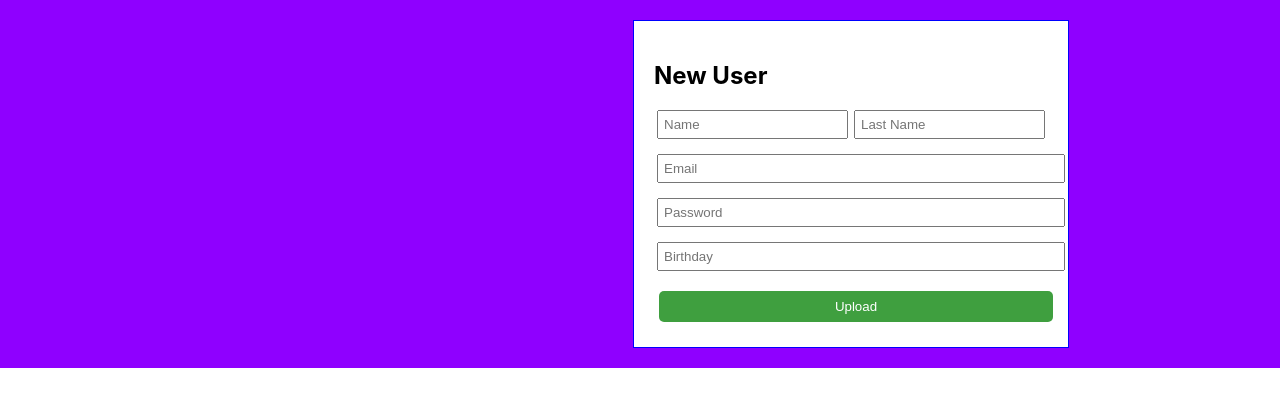
Repository: RobertAries28/CrudUsuarios
Page: /
The author's editor kept a copy of each file at every save. The page is drawn from the files as they stood at one save, then again after the next save.
The browser window is 1280 px wide. The pictures show the whole page.
The page's requests for data from a server got no answer. The project was rebuilt for these pictures with package versions that can differ from the ones it lists, and the page was loaded fresh each time. No one was signed in, and anything a server would have sent is missing.

Above is the page before, as saved 2022-05-23 19:28:34.

### src/App.js

import axios from 'axios';
import { useEffect, useState } from 'react';
import './App.css';
import UsersForm from './UsersForm';
import UsersList from './UsersList';

const App=()=> {

  const [users,setUsers]= useState([])
  useEffect(()=>{
    axios.get('https://users-crud1.herokuapp.com/users/')
    .then(res=>setUsers(res.data))

  },[]);
  console.log(users)
  return (
    <div className="App">
     <UsersList users={users}/>
     <UsersForm/>
    </div>
  );
}

export default App;

### src/App.css
.App{
  background: #8F00FF;
  height: 100%;
  padding: 20px 0;
  display: flex;
  justify-content: space-around;

}

ul{
  list-style: none;
  padding: 0;
  margin: 0 0;



}

.users{
  border-radius: 20px;


  display: flex;
  justify-content: space-around;
  align-items: center;
  border: 1px solid blue;
  background: white;
  padding: 20px 0;
}

.formUser{
  display: flex;
  flex-direction: column;


  border: 1px solid blue;
  background: white;
  height: 40%;
  padding: 20px;


}

input{
padding: 5px;
margin: 0 3px;


}

form{
  width: 100%;
}

.buttonDate{
  width: 100%;
  margin: 5px;
  padding: 8px;
  background: #3f9f3f;
  border: none;
  border-radius: 5px;
  color: white;
}

.date{
  width: 100%;
}
label{
  margin: 2px;
}


.dateUsers{
  margin: 15px 0;
}

### src/UsersForm.js
import React, { useEffect, useState } from 'react';
import './App.css';

const UsersForm = ({addUsers,updateUsers,userEdit,selectUsers}) => {

        const [name,setName]= useState("");

        const [lastName, setLatName] = useState("");
        const [email,setEmail]= useState("");


        const [birthday, setBirthday] = useState("")
        const [password, setPassword] = useState("")

      useEffect(()=>{
          console.log("Cambio productEdit")

          if(userEdit){
              setName(userEdit.name);
              setLatName(userEdit.lastName);
              setEmail(userEdit.email)
              setBirthday(userEdit.birthday)
              setPassword(userEdit.password)
          } else{
              setName("");
              setLatName("");
              setEmail("");
              setBirthday("");
              setPassword("")
          }
      },[userEdit])

        const submit=(e)=>{
            e.preventDefault();
            const user={

                name:name,
                lastName:lastName,
              email:email,
              birthday:birthday,
              password:password
            }

           if(userEdit){
               user.id= userEdit.id
             updateUsers(user);
           }else{

            addUsers(user)
        }



        }
        return (
            <div className='formUser'>
                <form onSubmit={submit}>
                  <h2>New User</h2>
                <div className='dateUsers'>

                      <input placeholder='Name' type="text"
                             id="name"
                             onChange={e=> setName(e.target.value)}
                                 value={name}
                             />


                      <input placeholder='Last Name' type="text"
                             id="lastname"
                             onChange={e=> setLatName(e.target.value)}
                                 value={lastName}
                             />
                  </div>

                  <div className='dateUsers'>

                      <input placeholder='Email' className='date' type="email"
                             id="email"
                             onChange={e=> setEmail(e.target.value)}
                                 value={email}
                             />
                  </div>

                  <div className='dateUsers'>

                      <input placeholder='Password' className='date' type="password"
                      id='password'
                      onChange={e=> setPassword(e.target.value)}
                      value={password} />
                  </div>

                  <div className='dateUsers'>

                      <input placeholder='Birthday' className='date' type="text"
                      id='birthday'
                      onChange={e=> setBirthday(e.target.value)}
                      value={birthday} />
                  </div>



                  <button className='buttonDate' >Upload</button>

                  {
                      userEdit &&
                      <button type='button'
                        onClick={()=> selectUsers(null)}
                      >Cancelar</button>
                  }
                </form>
            </div>
    );
}

export default UsersForm;

### src/UsersList.js
import React from 'react';
import './App.css';

const UsersList = ({users,removeProduct,selecProduct}) => {
    return (
        <div className='infoUsers'>
               <ul>
                {
                    users.map(user=>(
                        <li className='users' style={{marginBottom:"10px"}} key={user.id}>
                            <ul>
                                <li><b>Nombre: </b>{user.first_name}</li>
                                <li><b>Apellido: </b>{user.last_name}</li>
                                <li><b>Email: </b>{user.email}</li>
                                <li><b>Brithday: </b>{user.birthday}</li>
                            </ul>
                            <div className='button'>
                            <button onClick={()=>removeProduct(user.id)}>Eliminar</button>
                       <button onClick={()=>selecProduct(user)}>Actualizar</button>
                       </div>
                        </li>
                    ))
                }
            </ul>
        </div>
    );
}

export default UsersList;

Loaded but not shown: public/index.html (common file); src/index.js (common file); src/index.css (common file); src/reportWebVitals.js (common file)

After the next save:
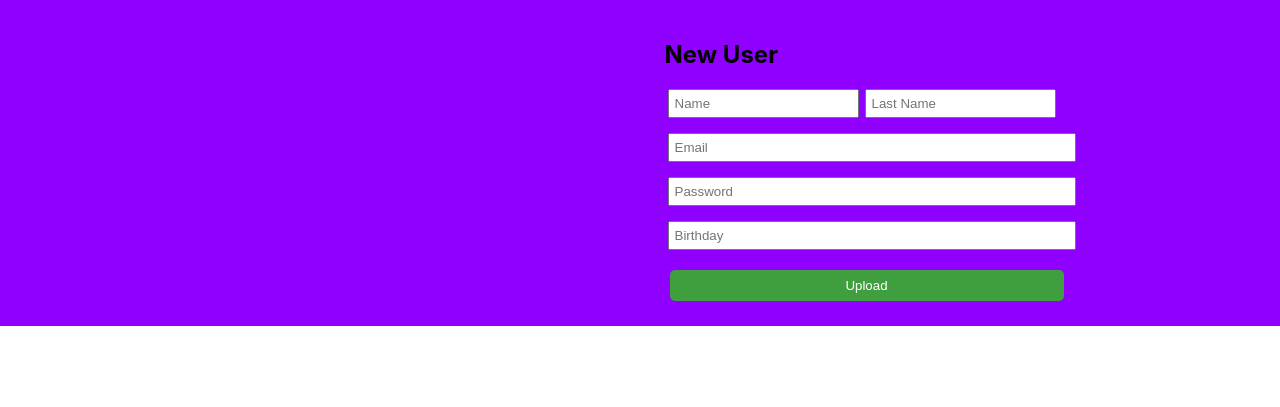
Saved 53 s later.
--- a/src/App.css
+++ b/src/App.css
@@ -28,11 +28,11 @@ ul{
   padding: 20px 0;
 }
 
-.formUser{
+.form{
   display: flex;
   flex-direction: column;
-
-
+  justify-content: center;
+  align-items: center;
   border: 1px solid blue;
   background: white;
   height: 40%;
